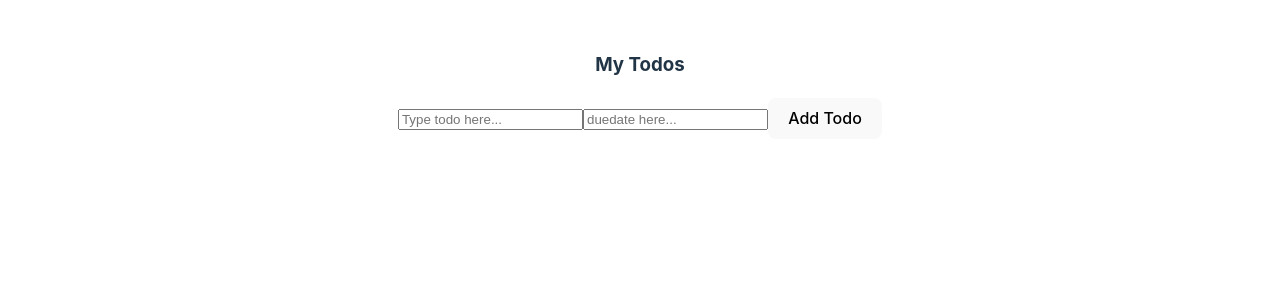
Repository: Aminul-Islam85/Todolist-with-delete
Page: /
The author's editor kept a copy of each file at every save. The page is drawn from the files as they stood at one save, then again after the next save.
The browser window is 1280 px wide. The pictures show the whole page.
The project was rebuilt for these pictures with package versions that can differ from the ones it lists, and the page was loaded fresh each time. Also part of the build but not shown: vite.config.js.

Above is the page before, as saved 2024-09-10 10:25:21.

After the next save:
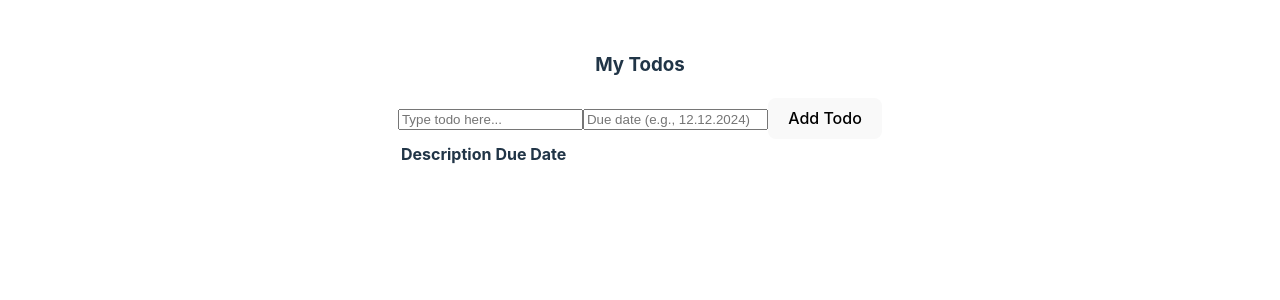
Saved 6 days later.
--- a/src/components/TodoList.jsx
+++ b/src/components/TodoList.jsx
@@ -6,7 +6,7 @@ const TodoList = () => {
 
     const handleAdd = () => {
         if (!todo.description || !todo.duedate) {
-            alert("Type something in both fields");
+            alert("Please fill in both fields.");
             return;
         }
 
@@ -15,20 +15,30 @@ const TodoList = () => {
     };
 
     return (
-        <>
+        <div className="todo-container">
             <h3>My Todos</h3>
-            <input
-                placeholder='Type todo here...'
-                value={todo.description}
-                onChange={event => setTodo({ ...todo, description: event.target.value })}
-            />
-            <input
-                placeholder='duedate here...'
-                value={todo.duedate}
-                onChange={event => setTodo({ ...todo, duedate: event.target.value })}
-            />
-            <button onClick={handleAdd}>Add Todo</button>
-            <table>
+            <div className="input-group">
+                <input
+                    placeholder='Type todo here...'
+                    value={todo.description}
+                    onChange={event => setTodo({ ...todo, description: event.target.value })}
+                    className="todo-input"
+                />
+                <input
+                    placeholder='Due date (e.g., 12.12.2024)'
+                    value={todo.duedate}
+                    onChange={event => setTodo({ ...todo, duedate: event.target.value })}
+                    className="date-input"
+                />
+                <button onClick={handleAdd} className="add-button">Add Todo</button>
+            </div>
+            <table className="todo-table">
+                <thead>
+                    <tr>
+                        <th>Description</th>
+                        <th>Due Date</th>
+                    </tr>
+                </thead>
                 <tbody>
                     {todos.map((todo, index) => (
                         <tr key={index}>
@@ -38,7 +48,7 @@ const TodoList = () => {
                     ))}
                 </tbody>
             </table>
-        </>
+        </div>
     );
 };
 
